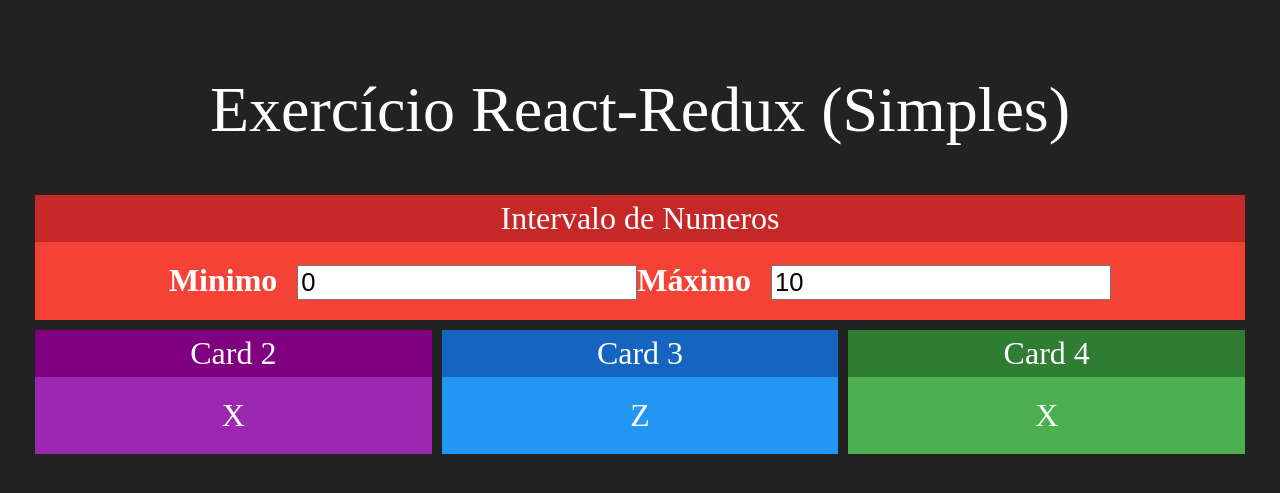
Repository: eversonps/redux-simples
Page: /
These files come from the project's save history. The page is drawn as it stood at one moment and after the next save; the edit follows.
The browser window is 1280 px wide. The pictures show the whole page.
The project was rebuilt for these pictures with package versions that can differ from the ones it lists, and the page was loaded fresh each time.

Above is the page before, as saved 2022-03-11 12:57:21.

After the next save:
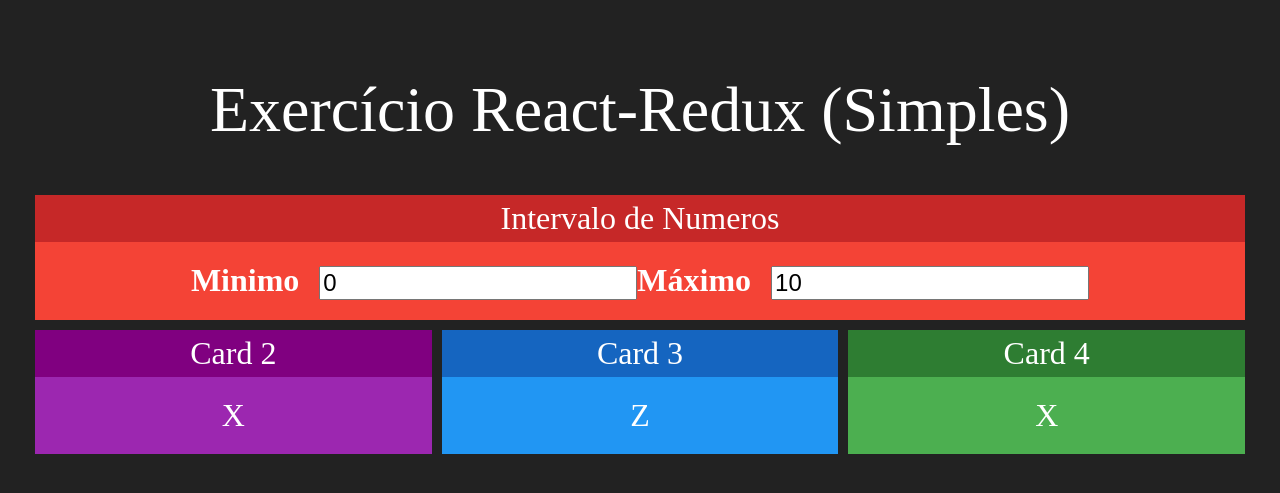
Saved 9 s later.
--- a/src/components/Intervalo.css
+++ b/src/components/Intervalo.css
@@ -1,4 +1,4 @@
 .Intervalo input {
-    font-size: 1.6rem;
+    font-size: 1.5rem;
     margin-left: 20px;
 }
